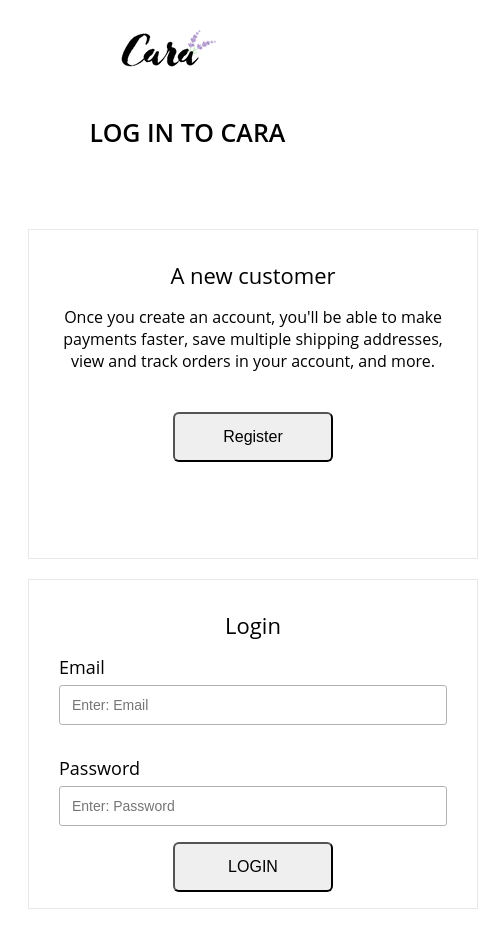
Repository: MinhNhatIT2901/Ecommerce
Page: login.html
An editor plug-in stored every save of this project. The page is shown before and after the next save, followed by the edit.
The browser window is 375 px wide. The page is 478 px wide, then 375 px, so the pictures cover 478 px, including what lies to the right of the window. The pictures show the whole page.

Above is the page before, as saved 2022-01-12 17:35:12.
Console error: TypeError: Cannot read properties of null (reading 'addEventListener')

### login.html
<!DOCTYPE html>
<html lang="en">
<head>
    <meta charset="UTF-8">
    <meta http-equiv="X-UA-Compatible" content="IE=edge">
    <meta name="viewport" content="width=device-width, initial-scale=1.0">
    <link rel="stylesheet" href="./login/login.css">
    <title>Login for Cara</title>
</head>
<body>
    <div class="logo-img">
        <a href="index.html">
            <img src="./imgs/img/logo.png" alt="">
        </a>
    </div>
    <div class="title">LOG IN TO CARA</div>
    <div class="wrap__box">
        <div class="wrap__content">
            <div class="wrap__container">
                <div class="wrap__title">A new customer</div>
                <p>Once you create an account, you'll be able to make payments faster,
                    save multiple shipping addresses, view and track orders in your account,
                    and more.
                </p>
                <div class="wrap__button">
                    <a href="sigin.html">
                        <button class="btn">
                            Register
                        </button>
                    </a>
                </div>
            </div>
        </div>
        <div class="wrap__content">
            <div class="wrap__container">
                <form action="">
                    <div class="wrap__title">Login</div>
                    <div class="form-group">
                        <label for="email" class="form-label">Email</label>
                        <input id="email" name="email" type="text" placeholder="Enter: Email" class="form-control">
                        <span class="form-message"></span>
                    </div>

                    <div class="form-group">
                        <label for="password" class="form-label">Password</label>
                        <input id="password" name="password" type="password" placeholder="Enter: Password" class="form-control">
                        <span class="form-message"></span>
                    </div>
                    <button class="btn">LOGIN</button>
                </form>
            </div>
        </div>
    </div>
</body>
    <script src="./login/login.js"></script>
</html>

### login/login.css
* {
  padding: 0;
  top: 0;
  box-sizing: border-box;
}

body {
  font-family: "Open Sans", sans-serif;
}

.logo-img {
  margin: 30px;
}

.title {
  text-align: center;
  margin: 40px 0 60px;
  font-size: 25px;
  font-weight: 600;
}

.wrap__box {
  width: 100%;
  display: flex;
  align-items: center;
  max-width: 1200px;
  margin: 0 auto;
}

.wrap__content {
  width: 50%;
}

.wrap__container {
  width: 580px;
  height: 380px;
  border: 1px solid #e9e7e7;
  margin-left: 20px;
  padding: 30px;
}

.wrap__title {
  font-size: 22px;
  font-weight: 500;
}

.wrap__button {
  margin-top: 40px;
}

.wrap__button a {
  text-decoration: none;
  color: #333;
}

.btn {
  width: 160px;
  height: 50px;
  transition: 0.4s ease;
  font-size: 16px;
  font-weight: 500;
  border-radius: 6px;
}

.btn:hover {
  background-color: #1dbfaf;
  border: none;
  color: #e9e7e7;
  cursor: pointer;
}

.form-group {
  display: flex;
  margin-bottom: 16px;
  flex-direction: column;
}

.form-label,
.form-message {
  text-align: left;
}

.form-label {
  font-weight: 500;
  padding: 15px 0 6px;
  font-size: 18px;
}

.form-control {
  height: 40px;
  padding: 8px 12px;
  border: 1px solid #b3b3b3;
  border-radius: 3px;
  outline: none;
  font-size: 14px;
}

.form-control:hover {
  border-color: #1dbfaf;
}

@media (max-width: 1200px) {
  .wrap__box {
    display: inline-block;
    text-align: center;
  }

  .wrap__content {
    margin: 20px auto;
  }

  .wrap__container {
    width: 450px;
    height: 330px;
  }
}

@media (max-width: 477px) {
  body {
    text-align: center;
  }

  .wrap__content {
    width: 100%;
  }

  .wrap__content {
    margin-left: 0px;
    width: 100%;
  }
}

### login/login.js
const input = document.querySelector(".input")
const eyeOpen = document.querySelector(".eye-open")
const eyeClose = document.querySelector(".eye-close")

eyeOpen.addEventListener("click", function () {
    eyeOpen.classList.add("hidden");
    eyeClose.classList.remove("hidden");
    input.setAttribute("type", "password");
});

eyeClose.addEventListener("click", function () {
    eyeOpen.classList.remove("hidden");
    eyeClose.classList.add("hidden");
    input.setAttribute("type", "text");
})

After the next save:
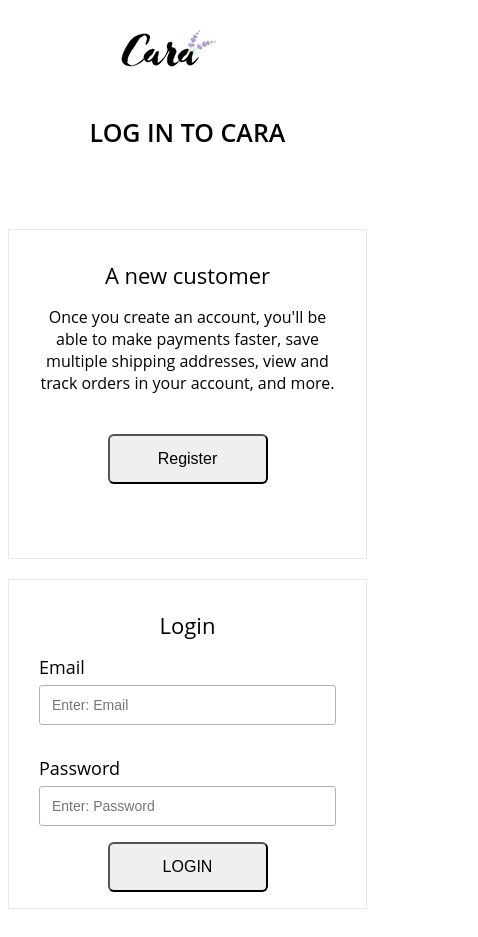
Saved 30 s later.
--- a/login/login.css
+++ b/login/login.css
@@ -124,7 +124,7 @@ body {
     width: 100%;
   }
 
-  .wrap__content {
+  .wrap__container {
     margin-left: 0px;
     width: 100%;
   }
